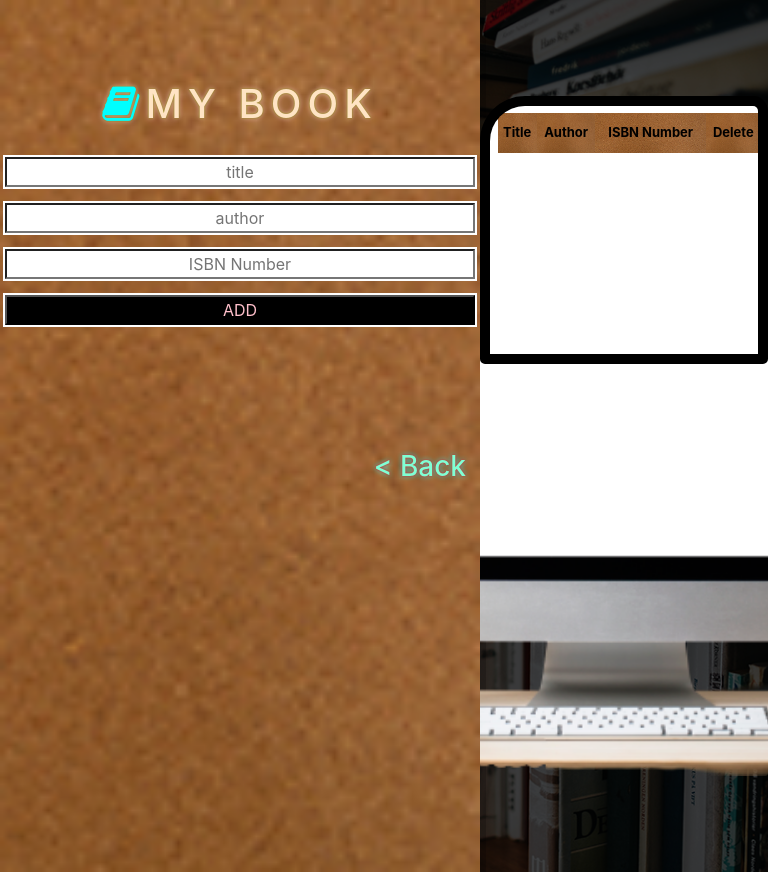
Repository: CSituma/Home-Library-App
Page: libu.html
The author's editor kept a copy of each file at every save. The page is drawn from the files as they stood at one save, then again after the next save.
The browser window is 768 px wide. The pictures show the whole page.
Backgrounds fixed to the window are drawn as part of the page. Some web libraries are served in a nearby version.

Above is the page before, as saved 2020-11-10 21:19:57.

After the next save:
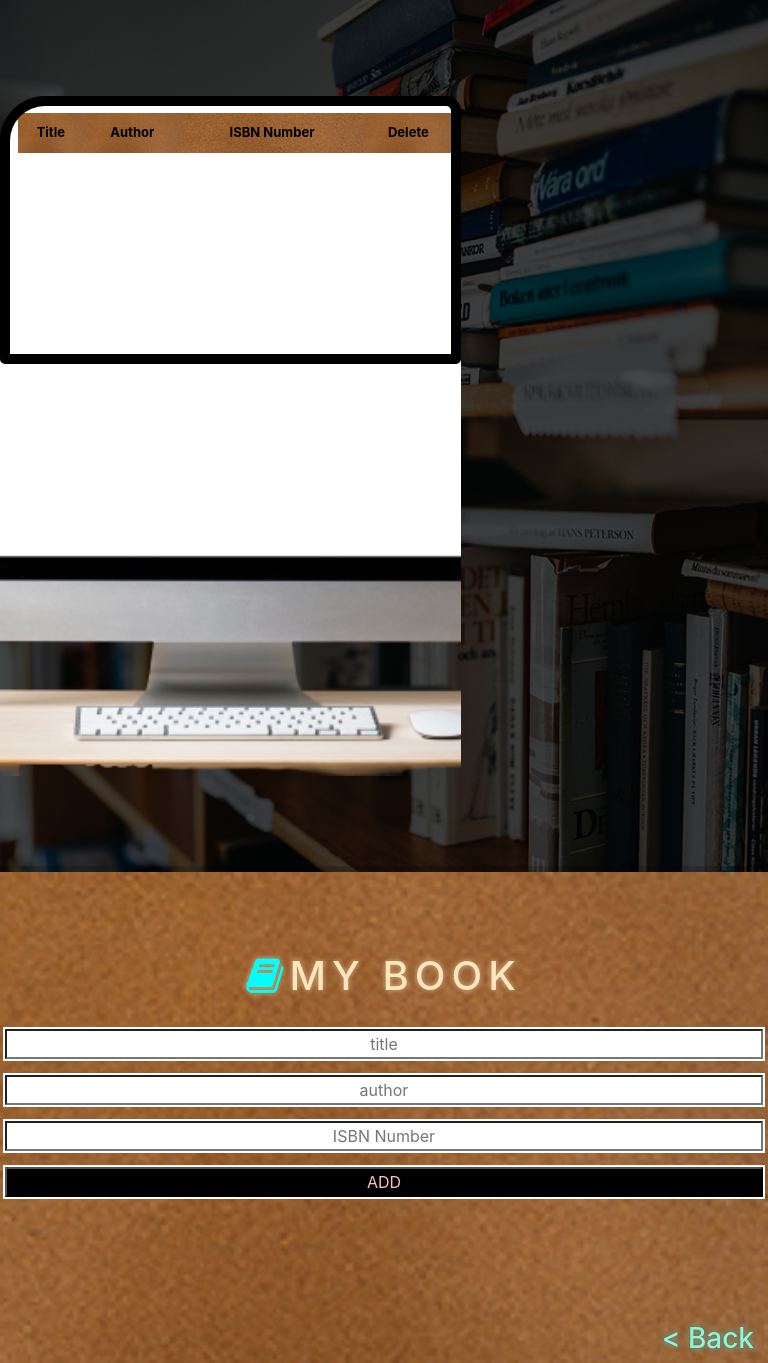
Saved 91 s later.
--- a/style.css
+++ b/style.css
@@ -231,7 +231,9 @@ form input {
    padding-bottom: 15em;
 
 }
-
+.columns{
+  flex-direction: column-reverse;
+}
 .js{
   width:100%;
  }
